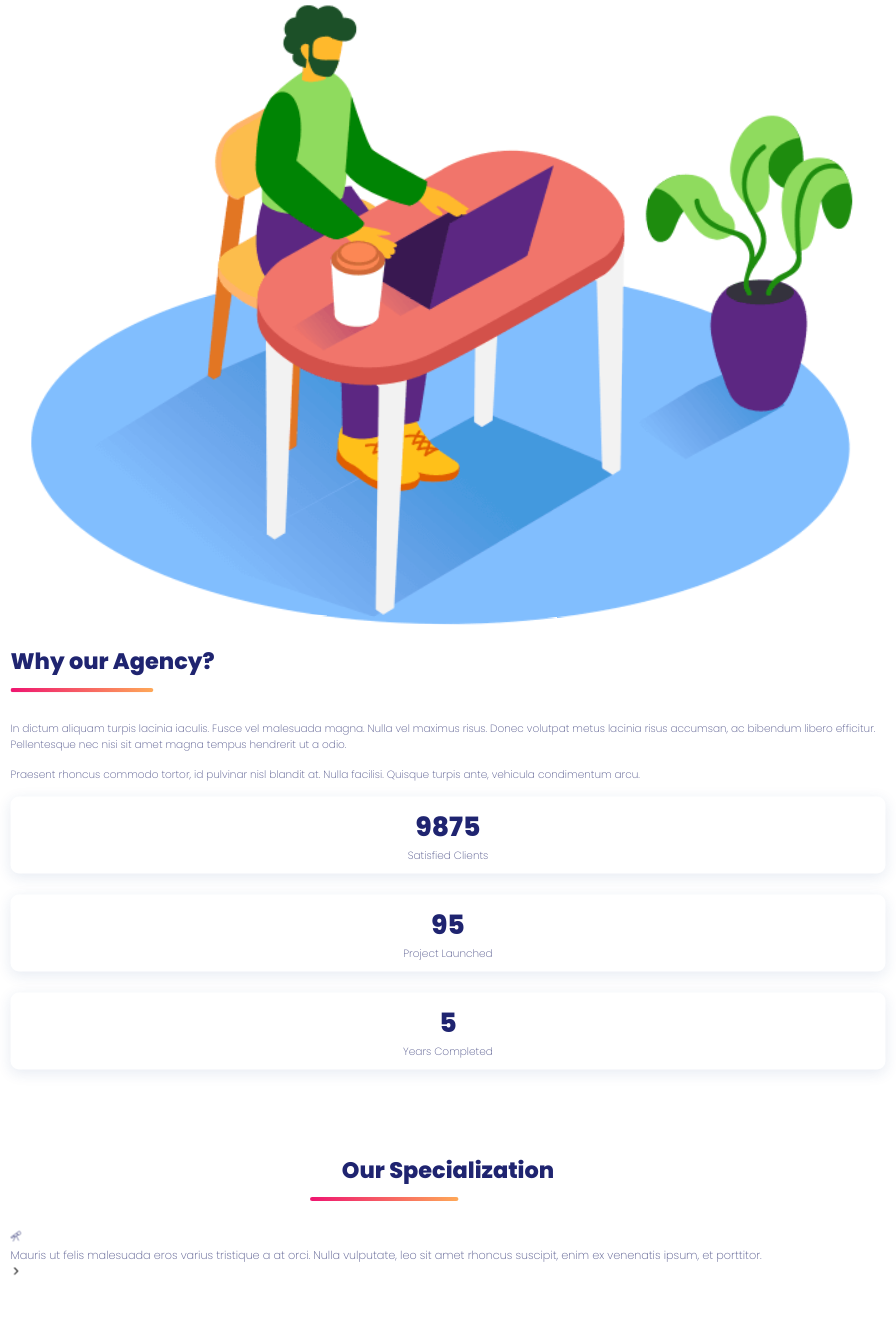
Repository: OmniaRafat232111121/agency
Page: index.html
The author's editor kept a copy of each file at every save. The page is drawn from the files as they stood at one save, then again after the next save.
The browser window is 1280 px wide. The pictures show the part of the page from y = 1497 to 3417 px (the page is 3388 px tall before and 3417 px after), at 70% of full size.

Above is the page before, as saved 2022-10-28 23:24:00.

### index.html
<!DOCTYPE html>
<html lang="en">
<head>
    <meta charset="UTF-8">
    <meta http-equiv="X-UA-Compatible" content="IE=edge">
    <meta name="viewport" content="width=device-width, initial-scale=1.0">
    <title>Desinic</title>
    <!--Googlefont-->
    <link rel="preconnect" href="https://fonts.googleapis.com">
<link rel="preconnect" href="https://fonts.gstatic.com" crossorigin>
<link href="https://fonts.googleapis.com/css2?family=Be+Vietnam+Pro:wght@100&family=Montserrat:wght@400;700&family=Nunito:wght@300&family=Poppins:ital,wght@0,200;0,800;0,900;1,100;1,200&family=Source+Sans+Pro:ital,wght@0,700;1,600&family=Ubuntu:ital,wght@0,300;1,300&display=swap" rel="stylesheet">
    <!--css-->
<link rel="stylesheet" href="./assets/css/style.css">
</head>
<body>
   <!--header-->
   <header class="header active">
    <div class="container">
        <div class="overlay" data-overlay></div>
        <a href="#">
            <h1 class="logo">Desinic</h1>

        </a>
        <!--navbar-->
        <nav class="navbar" data-navbar>

        <div class="navbar-top">
        <a  href="#" class="logo">Desinic</a>
        <button class="nav-close-btn" aria-label="Close Menu" data-nav-close-btn>
           <ion-icon name="close-outline"></ion-icon>
        </button>

        </div>

            <ul class="navbar-list">
                <li class="navbar-item">
                    <a href="#home" class="navbar-link" data-navbar-link>Home</a>
                </li>
                <li class="navbar-item">
                    <a href="#about" class="navbar-link"data-navbar-link>About</a>
                </li>
                <li class="navbar-item">
                    <a href="#services" class="navbar-link"data-navbar-link>Services</a>
                </li>
                <li class="navbar-item">
                    <a href="#features" class="navbar-link"data-navbar-link>Features</a>
                </li>
                <li class="navbar-item">
                    <a href="#blog" class="navbar-link"data-navbar-link>Blog</a>
                </li>
                <li class="navbar-item">
                    <a href="#contact" class="navbar-link"data-navbar-link>Contact us</a>
                </li>
            </ul>

        </nav>


            <a class="btn">
 <ion-icon name="chevron-forward-outline" aria-hidden="true"></ion-icon>
    <span>Get A Quote</span>
            </a>

            <button class="nav-btn-open" aria-label="Open Menu" data-nav-open-btn>
                <ion-icon name="menu-outline"></ion-icon>
            </button>


    </div>

   </header>
<main>
    <article>
        <!--Hero-->
        <section class="hero" id="home">
            <div class="container">

              <div class="hero-content">

                <p class="hero-subtitle">We Are Product Designer From UK</p>

                <h2 class="h2 hero-title">We Design Interfaces That Users Love</h2>

                <p class="hero-text">
                  Morbi sed lacus nec risus finibus feugiat et fermentum nibh. Pellentesque vitae ante at elit fringilla ac
                  at purus.
                </p>

                <button class="button">Learn More</button>

              </div>

              <figure class="hero-banner">
                <img src="./assets/images/hero-banner.png" width="694" height="529" loading="lazy" alt="hero-banner"
                  class="w-100 banner-animation">
              </figure>

            </div>
          </section>
        <!--about-->
        <section class="section about" id="about">
            <div class="container">
                <figure>
                    <img src="./assets/images/about-banner.png" class="w-100 banner-animation" width="700" height="532" alt="aboutbanner" srcset="">
                </figure>
                <div class="about-content">
                     <h2 class=" h2 section-title underline">Why our Agency?</h2>
                     <p class="about-text">
                        In dictum aliquam turpis lacinia iaculis. Fusce vel malesuada magna. Nulla vel maximus risus. Donec
                        volutpat metus
                        lacinia risus accumsan, ac bibendum libero efficitur. Pellentesque nec nisi sit amet magna tempus
                        hendrerit ut a odio.
                      </p>

                      <p class="about-text">
                        Praesent rhoncus commodo tortor, id pulvinar nisl blandit at. Nulla facilisi. Quisque turpis ante,
                        vehicula condimentum
                        arcu.
                      </p>
                      <ul class="stats-list">
                        <li class="stats-card">
                            <p class="h3 stats-title">9875</p>
                            <p class="stats-text">Satisfied Clients</p>
                        </li>
                        <li class="stats-card">
                            <p class="h3 stats-title">95</p>
                            <p class="stats-text">Project Launched</p>
                        </li>
                        <li class="stats-card">
                            <p class="h3 stats-title">5</p>
                            <p class="stats-text">Years Completed</p>
                        </li>

                      </ul>
                    </div>

            </div>

        </section>

        <!--services-->
        <section class="section service" id="services">
          <div class="container">
            <h2 class="h2 section-title underline">Our Specialization</h2>
          <ul class="service-list">
            <li>
                <div class="card-icon">
                    <ion-icon name="telescope-outline"></ion-icon>
                </div>
                <p class="text">
                    Mauris ut felis malesuada eros varius tristique a at orci. Nulla vulputate, leo sit amet rhoncus
                    suscipit, enim ex
                    venenatis ipsum, et porttitor.
                  </p>

                  <button class="card-btn" aria-label="Show More">
                    <ion-icon name="chevron-forward-outline"></ion-icon>
                  </button>

            </li>

          </ul>
          </div>
        </section>

    </article>
</main>
    <!--custom js-->
    <script src="./assets/js/script.js"></script>

    <script type="module" src="https://unpkg.com/ionicons@5.5.2/dist/ionicons/ionicons.esm.js"></script>
<script nomodule src="https://unpkg.com/ionicons@5.5.2/dist/ionicons/ionicons.js"></script>
</body>
</html>

### assets/css/style.css
:root{
  /**colors**/
  --st-patricks-blue: hsl(236, 57%, 28%);
--amaranth-purple: hsl(335, 88%, 38%);
--royal-blue-dark: hsl(231, 68%, 21%);
--chrome-yellow: hsl(39, 100%, 52%);
--space-cadet-1: hsl(230, 41%, 25%);
--space-cadet-2: hsl(230, 59%, 16%);
--winter-sky_50: hsla(335, 87%, 53%, 0.5);
--purple-navy: hsl(236, 26%, 43%);
--ksu-purple: hsl(275, 54%, 33%);
--winter-sky: hsl(335, 87%, 53%);
--razzmatazz: hsl(335, 87%, 51%);
--platinum: hsl(0, 0%, 90%);
--black_70: hsla(0, 0%, 0%, 0.7);
--rajah: hsl(29, 99%, 67%);
--white: hsl(0, 0%, 100%);

--gradient-1: linear-gradient(90deg,var(--royal-blue-dark) 0,var(--ksu-purple) 51%,var(--royal-blue-dark));
--gradient-2: linear-gradient(90deg,var(--razzmatazz) ,var(--rajah))

/*font*/
--ff-source-sans-pro: 'Source Sans Pro', sans-serif;
--ff-poppins: 'Poppins', sans-serif;

--fs-1: 4.2rem;
--fs-2: 3.8rem;
--fs-3: 3.2rem;
--fs-4: 2.5rem;
--fs-5: 2.4rem;
--fs-6: 2rem;
--fs-7: 1.8rem;
--fs-8: 1.5rem;

--fw-500: 500;
--fw-600: 600;
--fw-700: 700;

/*Border-radius*/
--radius-4: 4px;
--radius-12: 12px;
/*spacig*/
--section-padding: 60px;


/*transation*/
--transition-1: 0.15s ease;
--transition-2: 0.35s ease;
--cubic-in: cubic-bezier(0.51, 0.03, 0.64, 0.28);
--cubic-out: cubic-bezier(0.33, 0.85, 0.56, 1.02);
 /*shadow*/
 --shadow: 0 5px 20px 1px hsla(220, 63%, 33%, 0.1);

}
/*__________________________________________*\
#Reset
/*__________________________________________*/
*,
*::before,
*::after{
margin:0;
padding:0;
box-sizing: border-box;
}
li{list-style: none;}
a{text-decoration:none;}
a,
img,
input,
button,
io-icon{
display:block;
}
button,input{
  background: none;
  border:none;
  font:inherit;
}
button{
  cursor: pointer;
}
input{
  width: 100%;
}
io-icon{
  pointer-events:none;
}
img{
  height:auto;
}
address{
  font-style: normal;
}
html{
  font-family: var(--ff-poppins);
  font-size: 10px;
  scroll-behavior: smooth;
}
body{
  background: white;
  color:var(--purple-navy);
  font-size: 1.6rem;
}
/*width*/
::-webkit-scrollbar{
  width: 10px;
}
/*track*/
::-webkit-scrollbar-track{
   background-color: hsl(0,0%,95%);
}
/*handle*/
::-webkit-scrollbar-thum{
   background-color: hsl(0,0%,80%);
}
/*hover*/
::-webkit-scrollbar-thumb:hover{
   background-color: hsl(0,0%,70%);
}
/*__________________________________________*\
#Reuse
/*__________________________________________*/
.container{
  padding-inline:15px;
}
.h2,
.h3 { font-family: var(--ff-source-sans-pro); }
.button {
  background:linear-gradient(90deg,var(--razzmatazz) ,var(--rajah));
  background-size: 200%;
  color: var(--white);
  padding: 12px 35px;
  font-size: var(--fs-8);
  font-weight: var(--fw-500);
  border-radius: 0 25px;
  transition: var(--transition-2);
  -webkit-transition: var(--transition-2);
  -moz-transition: var(--transition-2);
  -ms-transition: var(--transition-2);
  -o-transition: var(--transition-2);
  -webkit-border-radius:;
  -moz-border-radius:;
  -ms-border-radius:;
  -o-border-radius:;
}
.button:is(:hover, :focus) { background-position: right; }
.w-100 { width: 100%; }
.banner-animation { animation: waveAnim 2s linear infinite alternate; }
@keyframes waveAnim {
  0% { transform: translate(0, 0) rotate(0); -webkit-transform: translate(0, 0) rotate(0); -moz-transform: translate(0, 0) rotate(0); -ms-transform: translate(0, 0) rotate(0); -o-transform: translate(0, 0) rotate(0); }
  100% { transform: translate(2px, 2px) rotate(1deg); }
}

.section { padding-block: var(--section-padding); }
.section-title {
  color: var(--st-patricks-blue);
  font-size: var(--fs-3);
  margin-block-end: 60px;
  max-width: max-content;
  margin-inline: auto;
}
.underline{
  position: relative;
}
.underline::before{
  content:"";
  position:absolute;
  left:20%;
  bottom:-20px;
  width: 70%;
  transform: translateX(-50%);
  height: 6px;
  border-radius: 10px;
  background:linear-gradient(90deg,var(--razzmatazz) ,var(--rajah));
}


/*__________________________________________*\
#header
/*__________________________________________*/

/*-----------------------------------*\
  #HEADER
\*-----------------------------------*/

.header .btn { display: none; }

.header {
  --color: var(--white);

  position: absolute;
  top: 0;
  left: 0;
  width: 100%;
  padding-block: 14px;
  z-index: 4;
  transition: var(--transition-1);
}

.header.active {
  --color: var(--st-patricks-blue);

  position: fixed;
  background-color: var(--white);
  box-shadow: 0 2px 30px hsla(0, 0%, 0%, 0.1);
}

.header .container {
  display: flex;
  justify-content: space-between;
  align-items: center;
  gap: 30px;
}

.logo {
  color: var(--color);
  font-family: var(--ff-source-sans-pro);
  font-size: var(--fs-3);
}

.nav-open-btn {
  color: var(--color);
  font-size: 32px;
  padding: 4px;
}

.navbar {
  background-color: var(--white);
  position: fixed;
  top: 0;
  left: -280px;
  width: 100%;
  max-width: 280px;
  min-height: 100%;
  padding: 20px;
  visibility: hidden;
  z-index: 2;
  transition: 0.25s var(--cubic-in);
}

.navbar.active {
  transform: translateX(280px);
  visibility: visible;
  transition: 0.5s var(--cubic-out);
  -webkit-transition: 0.5s var(--cubic-out);
  -moz-transition: 0.5s var(--cubic-out);
  -ms-transition: 0.5s var(--cubic-out);
  -o-transition: 0.5s var(--cubic-out);
  -webkit-transform: translateX(280px);
  -moz-transform: translateX(280px);
  -ms-transform: translateX(280px);
  -o-transform: translateX(280px);
}

.navbar-top {
  display: flex;
  justify-content: space-between;
  align-items: center;
  padding-block: 10px 30px;
}

.navbar-top .logo {
  color: var(--st-patricks-blue);
  font-size: 4.2rem;
  font-weight: var(--fw-700);
}

.nav-close-btn {
  color: var(--space-cadet-1);
  font-size: 2.8rem;
  padding: 4px;
}

.navbar-item:not(:last-child) { border-bottom: 1px solid var(--platinum); }

.navbar-link {
  color: var(--space-cadet-1);
  font-size: var(--fs-8);
  font-weight: var(--fw-600);
  padding-block: 12px;
}

.overlay {
  position: fixed;
  inset: 0;
  background-color: var(--black_70);
  z-index: 1;
  opacity: 0;
  pointer-events: none;
  transition: var(--transition-2);
  -webkit-transition: var(--transition-2);
  -moz-transition: var(--transition-2);
  -ms-transition: var(--transition-2);
  -o-transition: var(--transition-2);
}

.overlay.active {
  opacity: 1;
  pointer-events: all;
}





/*-----------------------------------*\
  #HERO
\*-----------------------------------*/

.hero {
  background-image: url("../images/hero-bg-bottom.png"),
                    url("../images/hero-bg.png"),
                    var(--gradient-1);
  background-repeat: no-repeat, no-repeat, no-repeat;
  background-position: -280px bottom, center, center;
  background-size: auto, cover, auto;
  padding-block-start: 120px;
  padding-block-end: var(--section-padding);
}

.hero-content { margin-block-end: 50px; }

.hero-subtitle {
  color: var(--chrome-yellow);
  font-family: var(--ff-source-sans-pro);
  font-size: var(--fs-7);
  margin-block-end: 15px;
}

.hero-title {
  color: var(--white);
  font-size: var(--fs-1);
  margin-block-end: 20px;
}

.hero-text {
  color: var(--white);
  font-size: var(--fs-8);
  margin-block-end: 30px;
}
/*-----------------------------------*\
  #ABOUT
\*-----------------------------------*/
.about-banner { margin-block-end: 30px; }

.about .section-title { margin-inline: 0; }

.about .underline::before {
  left: 0;
  transform: translateX(0);
  -webkit-transform: translateX(0);
  -moz-transform: translateX(0);
  -ms-transform: translateX(0);
  -o-transform: translateX(0);
}

.about-text {
  font-size: var(--fs-8);
  margin-block-end: 20px;
}

.stats-list {
  display: grid;
  gap: 30px;
}

.stats-card {
  text-align: center;
  padding: 15px;;
  box-shadow: var(--shadow);
  border-radius: var(--radius-12);
}

.stats-title {
  color: var(--st-patricks-blue);
  font-size: var(--fs-2);
  font-weight: var(--fw-700);
}

.stats-text { font-size: var(--fs-8); }

### assets/js/script.js

/*navbar toggle*/
const navOpenBtn = document.querySelector("[data-nav-open-btn]");
const navbar = document.querySelector("[data-navbar]");
const navCloseBtn = document.querySelector("[data-nav-close-btn]");
const overlay = document.querySelector("[data-overlay]");

const elemArr = [navCloseBtn, overlay, navOpenBtn];

for (let i = 0; i < elemArr.length; i++) {
  elemArr[i].addEventListener("click", function () {
    navbar.classList.toggle("active");
    overlay.classList.toggle("active");
  });
}

/*navbarLinks**/
let navLinks=document.querySelectorAll('[data-navbar-link]');
for(let i=0;i<navLinks.length;i++){
    navLinks[i].addEventListener("click",function(){
        navbar.classList.toggle("active");
        overlay.classList.toggle("active");
    });
}

After the next save:
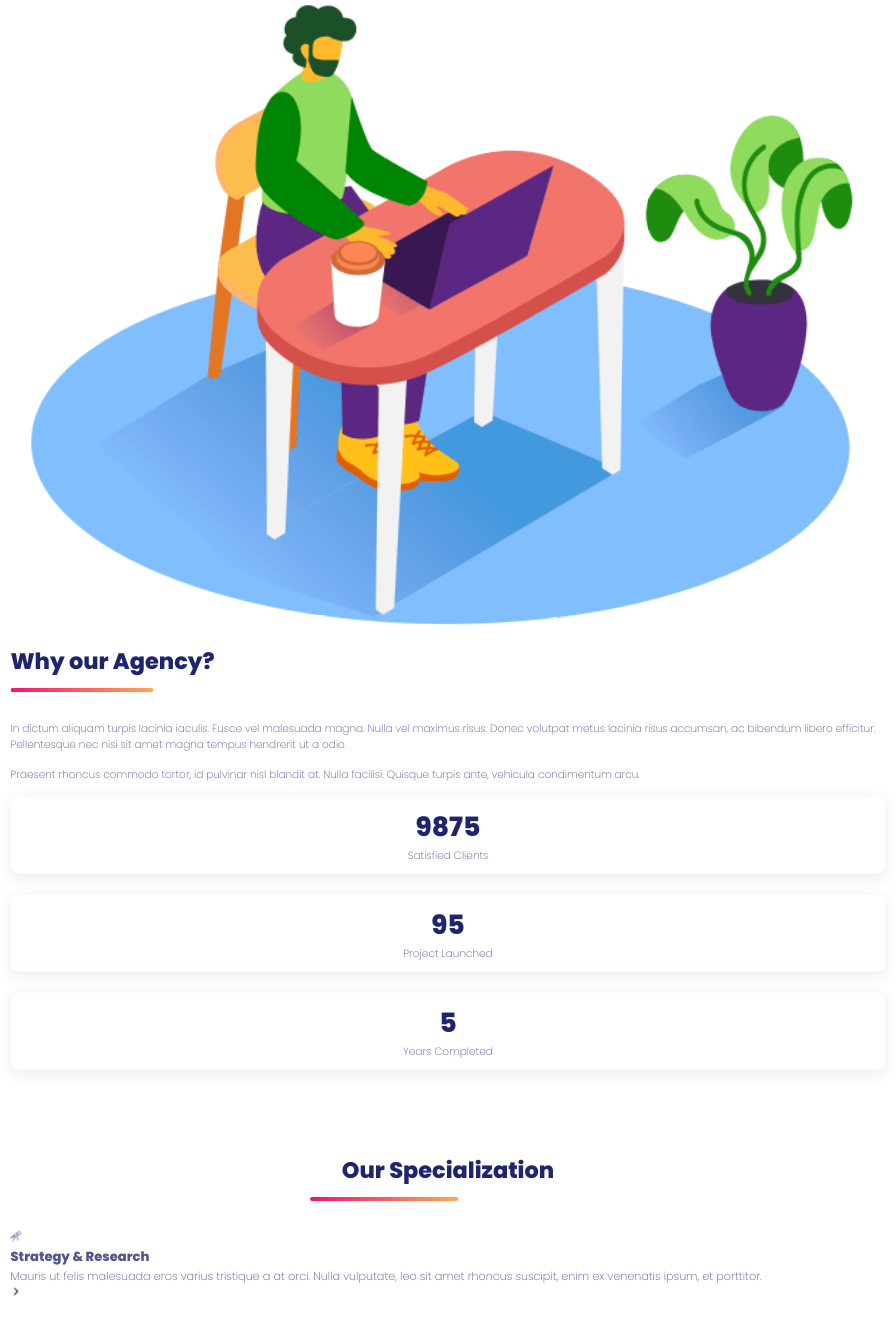
Saved 4 s later.
--- a/index.html
+++ b/index.html
@@ -147,6 +147,8 @@
                 <div class="card-icon">
                     <ion-icon name="telescope-outline"></ion-icon>
                 </div>
+
+                <h3 class="h3 title">Strategy & Research</h3>
                 <p class="text">
                     Mauris ut felis malesuada eros varius tristique a at orci. Nulla vulputate, leo sit amet rhoncus
                     suscipit, enim ex
